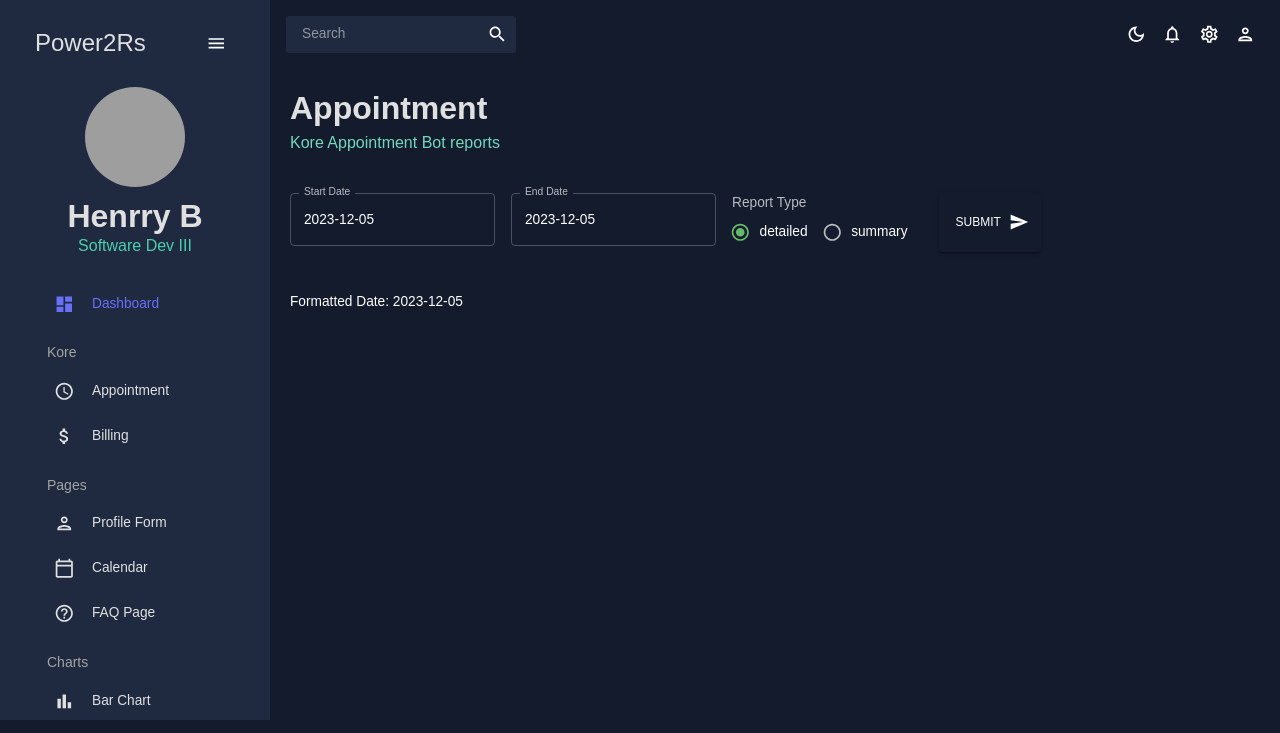
Repository: HenrryWith2Rs/reporthub
Page: /kore/appt (app in ui/)
These files come from the project's save history. The page is drawn as it stood at one moment and after the next save; the edit follows.
The browser window is 1280 px wide. The pictures show the whole page.
Pictures or frames that could not be fetched are drawn as grey boxes. The project was rebuilt for these pictures with package versions that can differ from the ones it lists, and the page was loaded fresh each time. Also part of the build but not shown: ui/vite.config.ts, ui/src/data/mockData.ts, ui/src/components/LineChart.tsx, ui/src/data/mockGeoFeatures.ts, ui/src/components/GeographyChart.tsx, ui/src/data/dataParser.ts, ui/src/components/BarChart.tsx, ui/src/components/ProgressCircle.tsx and 7 more.

Above is the page before, as saved 2023-12-06 16:31:50.

After the next save:
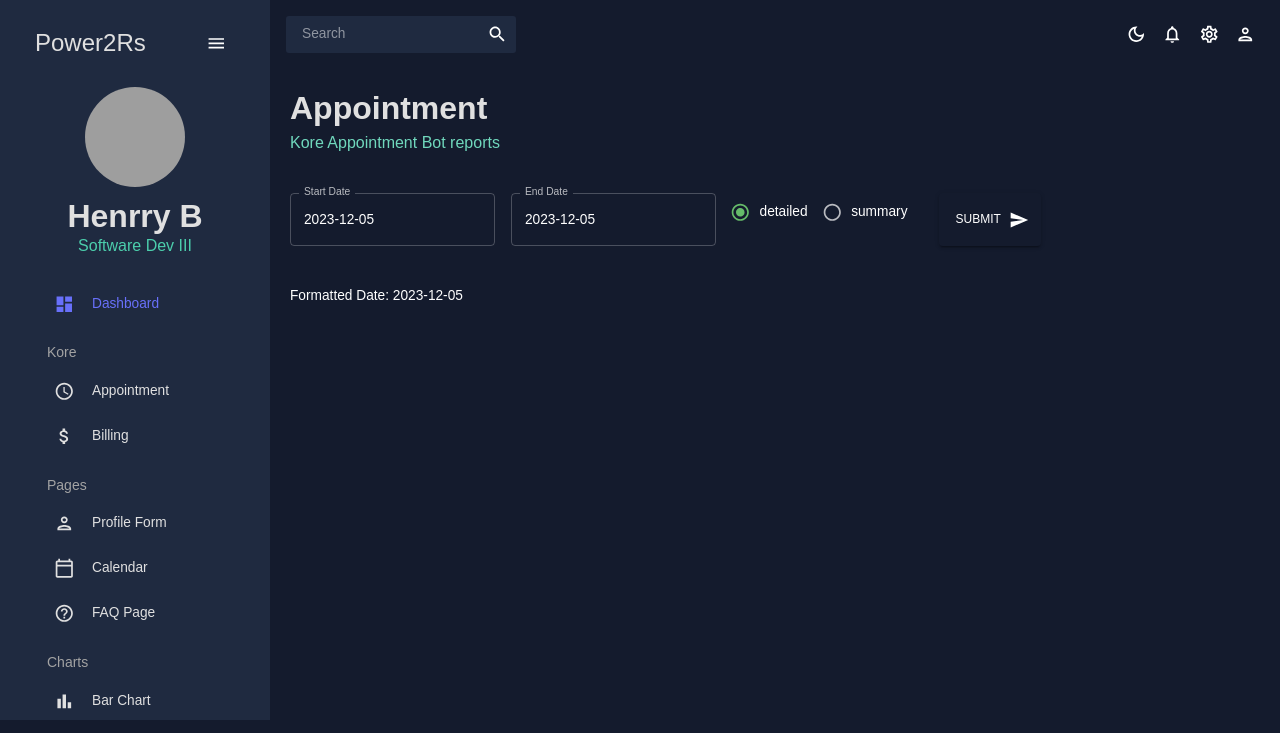
Saved 24 min 21 s later.
--- a/ui/src/scenes/appointment/index.tsx
+++ b/ui/src/scenes/appointment/index.tsx
@@ -7,6 +7,7 @@
   RadioGroup,
   Radio,
 } from '@mui/material';
+import Select, { SelectChangeEvent } from '@mui/material/Select';
 import SendIcon from '@mui/icons-material/Send';
 import { tokens } from '../../ThemeRegistry/theme';
 import Header from '../../components/Header';
@@ -42,7 +43,6 @@
             onChange={(newValue) => setDateEnd(newValue)}
           />
           <FormControl>
-            <FormLabel>Report Type</FormLabel>
             <RadioGroup
               row
               name="row-radio-buttons-group"

After the save that followed:
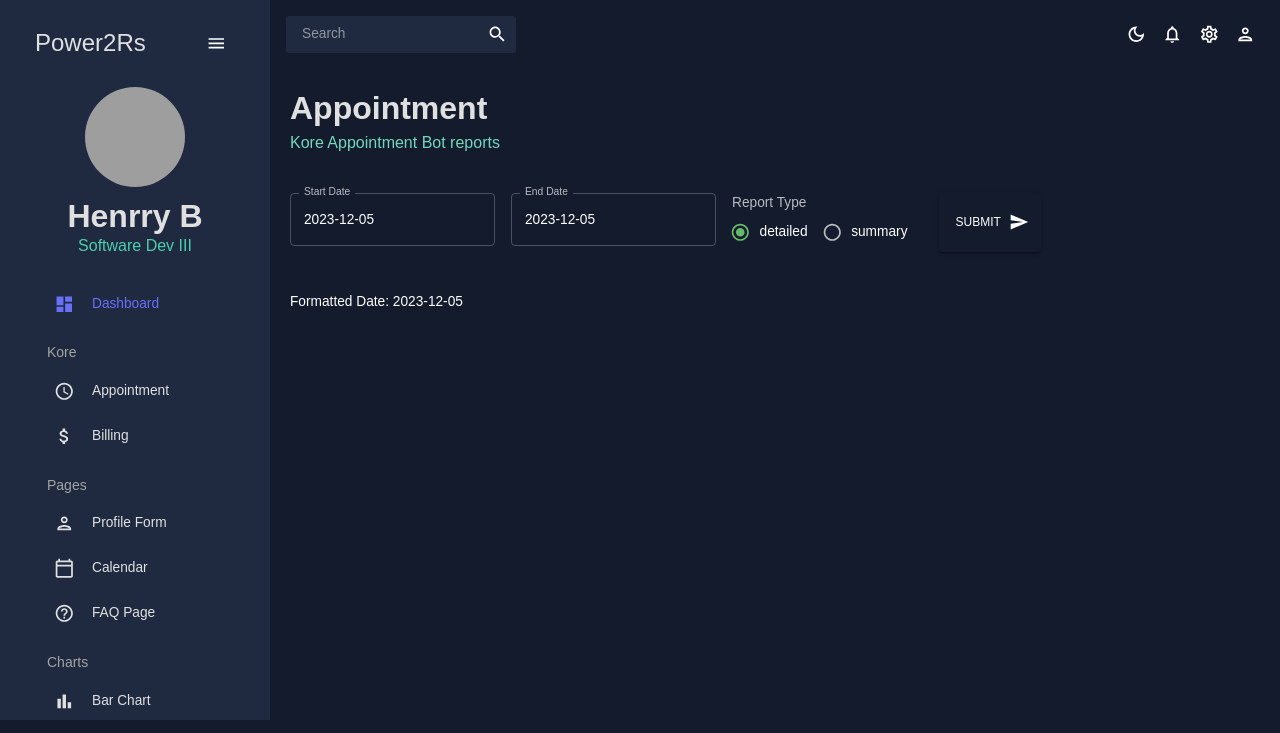
Saved 9 s later.
--- a/ui/src/scenes/appointment/index.tsx
+++ b/ui/src/scenes/appointment/index.tsx
@@ -43,6 +43,7 @@
             onChange={(newValue) => setDateEnd(newValue)}
           />
           <FormControl>
+            <FormLabel>Report Type</FormLabel>
             <RadioGroup
               row
               name="row-radio-buttons-group"
